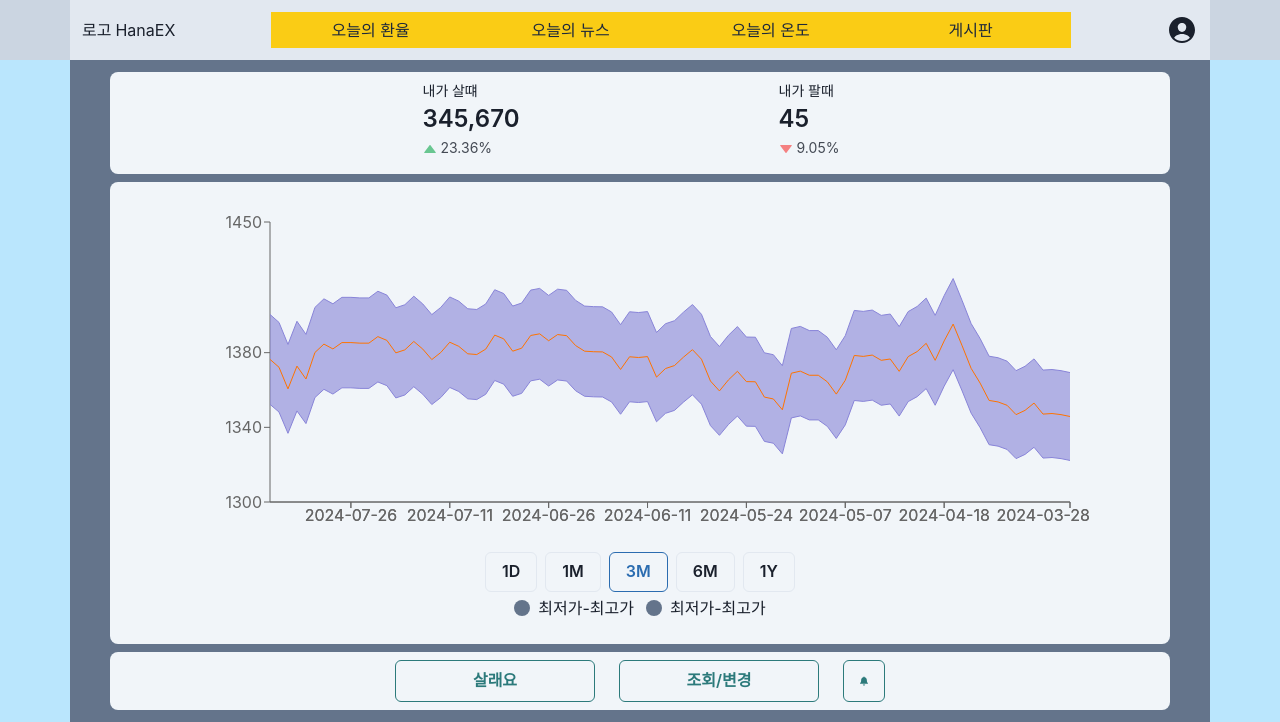
Repository: HANAEX/FRONT
Page: /MainPageDetail
These files come from the project's save history. The page is drawn as it stood at one moment and after the next save; the edit follows.
The browser window is 1280 px wide. The pictures show the whole page.
The project was rebuilt for these pictures with package versions that can differ from the ones it lists, and the page was loaded fresh each time. Also part of the build but not shown: src/components/ChartCard.js, src/components/FlowText.js, src/pages/MainPage.js, src/pages/LoginPage.js, src/pages/MyPage.js, src/data/Server_Url.js, src/components/Toggle.js, src/components/SementicCard.js and 8 more.

Above is the page before, as saved 2024-08-14 10:24:00.

After the next save:
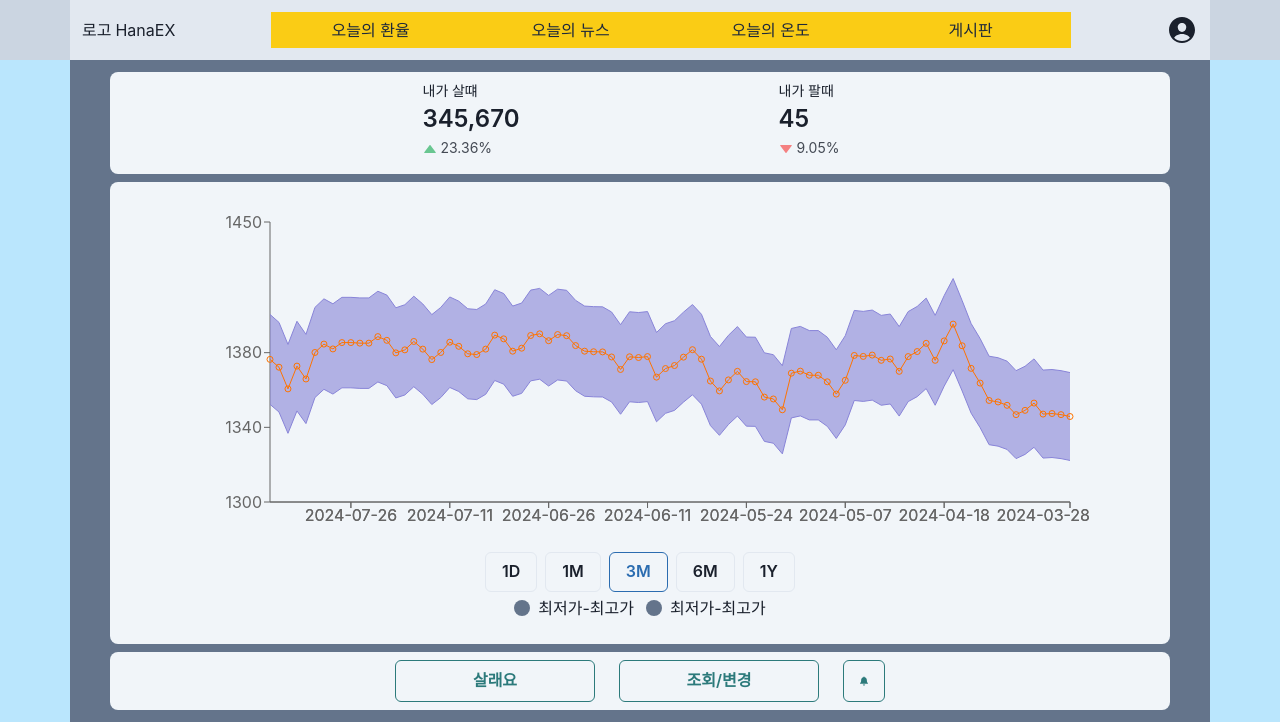
Saved 13 s later.
--- a/src/components/MainChart.js
+++ b/src/components/MainChart.js
@@ -902,7 +902,7 @@
           <YAxis domain={[1300, 1450]}/>
           <Area dataKey="price" stroke="#8884d8" fill="#8884d8" />
           <XAxis dataKey="day" />
-          <Area dataKey="baserate" stroke="#ff7300" fill='none' />
+          <Area dataKey="baserate" stroke="#ff7300" fill='none' dot="true" />
           <Tooltip />
         </AreaChart>
       </div>
